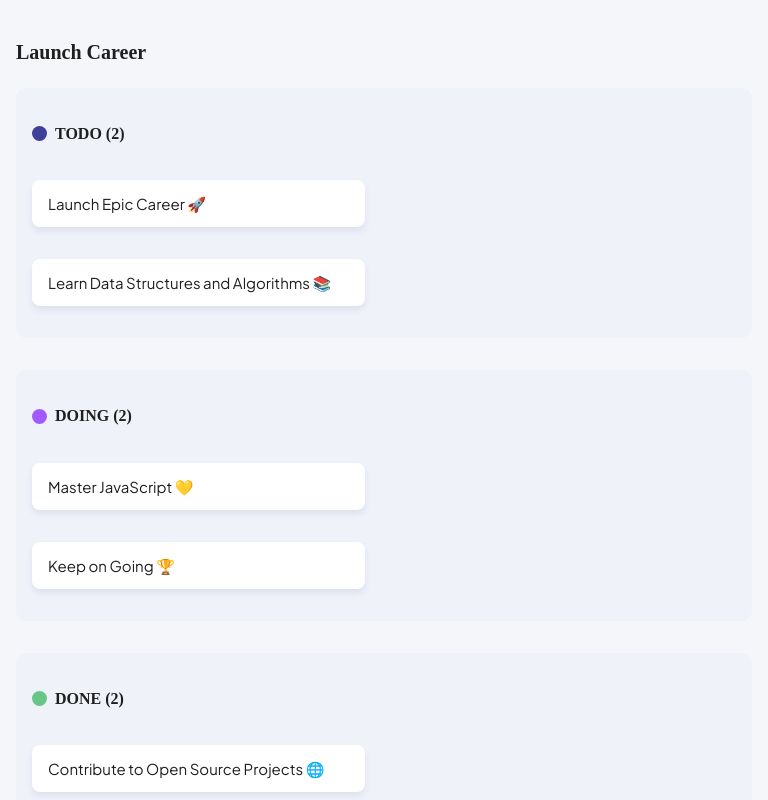
Repository: andajonas/ANDJON25111_fto2502_A2_Anda_Jonas_JSL01
Page: index.html
These files come from the project's save history. The page is drawn as it stood at one moment and after the next save; the edit follows.
The browser window is 768 px wide. The pictures show the whole page.
An inner scrolling area shows only its first screen.

Above is the page before, as saved 2025-04-25 18:29:56.

After the next save:
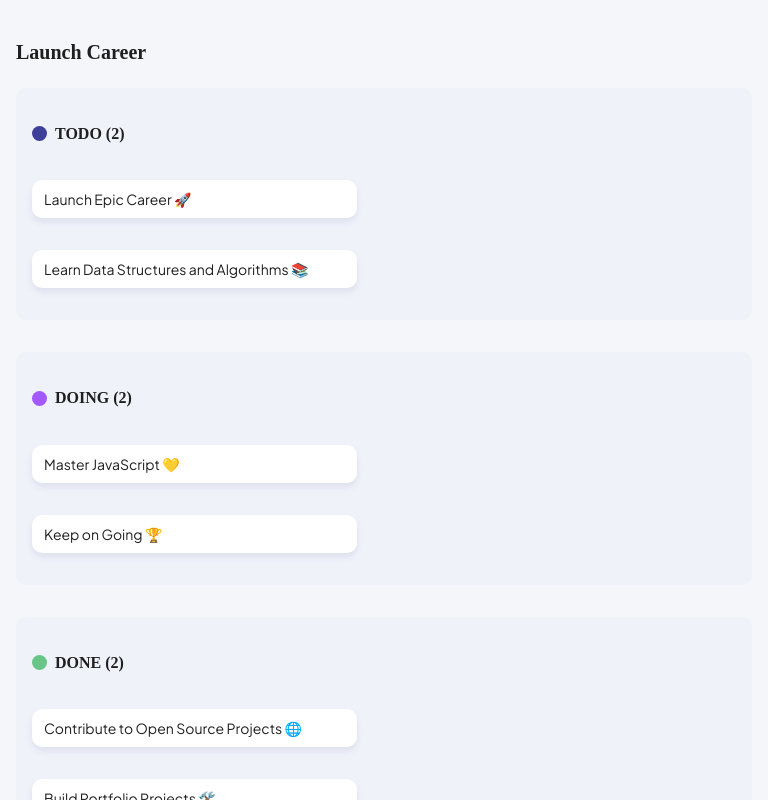
Saved 8 s later.
--- a/style.css
+++ b/style.css
@@ -154,6 +154,11 @@ body {
       font-size: 1rem;
     }
 
+    .card {
+        padding: 0.75rem; /* less padding = shorter cards */
+        font-size: 14px; /* slightly smaller text */
+        border-radius: 10px; /* rounder corners on mobile */
+      }
 
 
     .board-title {
